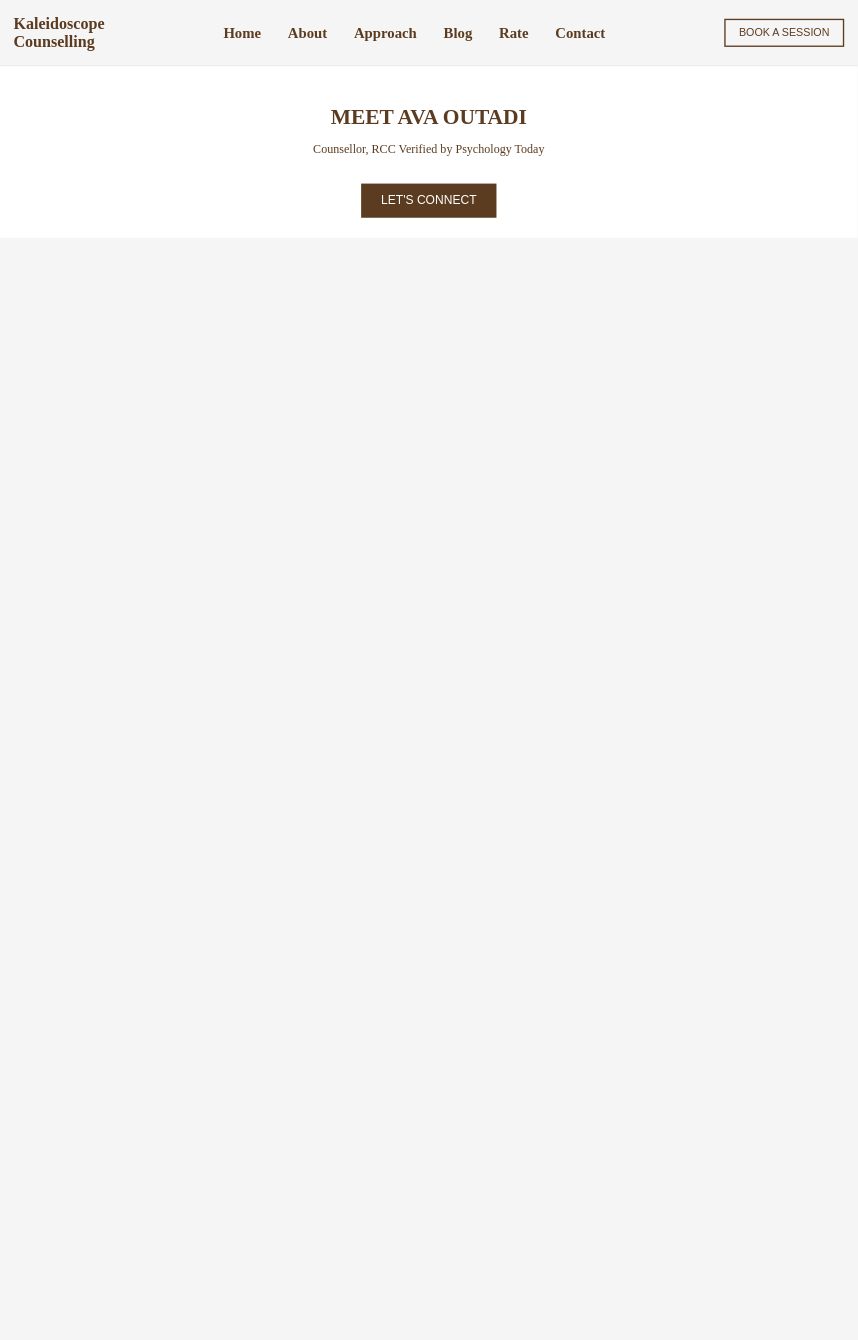
Repository: voutadi/project2
Page: index.html
The author's editor kept a copy of each file at every save. The page is drawn from the files as they stood at one save, then again after a run of saves.
The browser window is 1280 px wide. The pictures show the whole page, at 67% of full size.

Above is the page before, as saved 2024-10-03 15:27:35.

### index.html
<!DOCTYPE html>
<html lang="en">
  <head>
    <meta charset="UTF-8" />
    <meta name="viewport" content="width=device-width, initial-scale=1.0" />
    <title>Kaleidoscope Counselling</title>
    <link rel="stylesheet" href="styles/style.css" />
  </head>
  <body>
    <header>
      <div class="logo-container">
        <div class="logo">
          Kaleidoscope <br />
          Counselling
        </div>
      </div>
      <nav class="navbar">
        <ul>
          <li><a href="#home">Home</a></li>
          <li><a href="https://www.psychologytoday.com/ca/therapists/ava-outadi-port-moody-bc/1111563">About</a></li>
          <li><a href="#approach">Approach</a></li>
          <li><a href="#blog">Blog</a></li>
          <li><a href="#rate">Rate</a></li>
          <li><a href="#contact">Contact</a></li>
        </ul>
      </nav>
      <button class="book-session">BOOK A SESSION</button>
    </header>

    <main>
      <section class="intro">
        <h1>MEET AVA OUTADI</h1>
        <p>Counsellor, RCC Verified by Psychology Today</p>
        <button class="get-started">LET'S CONNECT</button>
      </section>
    </main>
  </body>
</html>

### styles/style.css
/* styles/style.css */

body {
    font-family: 'Arial, sans-serif';
    color: #5c3c20;
    background-color: #f5f5f5;
    margin: 0;
    padding: 0;
    height: 2000px;
}

header {
    display: flex;
    justify-content: space-between;
    align-items: center;
    padding: 20px;
    background-color: #f5f5f5;
    border-bottom: 1px solid #ddd;
}

.logo-container .logo {
    font-size: 24px;
    font-weight: bold;
}

.navbar ul {
    list-style: none;
    display: flex;
    gap: 40px;
    margin-left: 40px;
    margin-right: 40px;
    padding: 0;
}

.navbar a {
    text-decoration: none;
    color: #5c3c20;
    font-weight: bold;
    font-size: 22PX;
}

.book-session {
    background-color: transparent;
    border: 2px solid #5c3c20;
    color: #5c3c20;
    padding: 10px 20px;
    font-size: 16px;
    cursor: pointer;
    margin-right: px;
}

main .intro {
    text-align: center;
    padding: 30px 20px;
    background-color: #fff;
    color: #5c3c20;
}

.intro h1 {
    font-size: 32px;
    margin-bottom: 20px;
}

.intro p {
    font-size: 18px;
    margin-bottom: 40px;
}

.intro .get-started {
    background-color: #5c3c20;
    color: #fff;
    border: none;
    padding: 15px 30px;
    font-size: 18px;
    cursor: pointer;
}

/* Add to styles/style.css */

/* Mobile styles */
@media (max-width: 800px) {
    header {
        flex-direction: column;
        align-items: flex-start;
    }

    .navbar ul {
        flex-direction: column;
        gap: 10px;
    }
    .navbar a{
        font-size: 16px;
    }

    .book-session {
        margin-top: 10px;
    }

    .intro h1 {
        font-size: 24px;
    }

    .intro p {
        font-size: 16px;
    }

    .intro .get-started {
        padding: 10px 20px;
        font-size: 16px;
    }


}

After the next 3 saves:
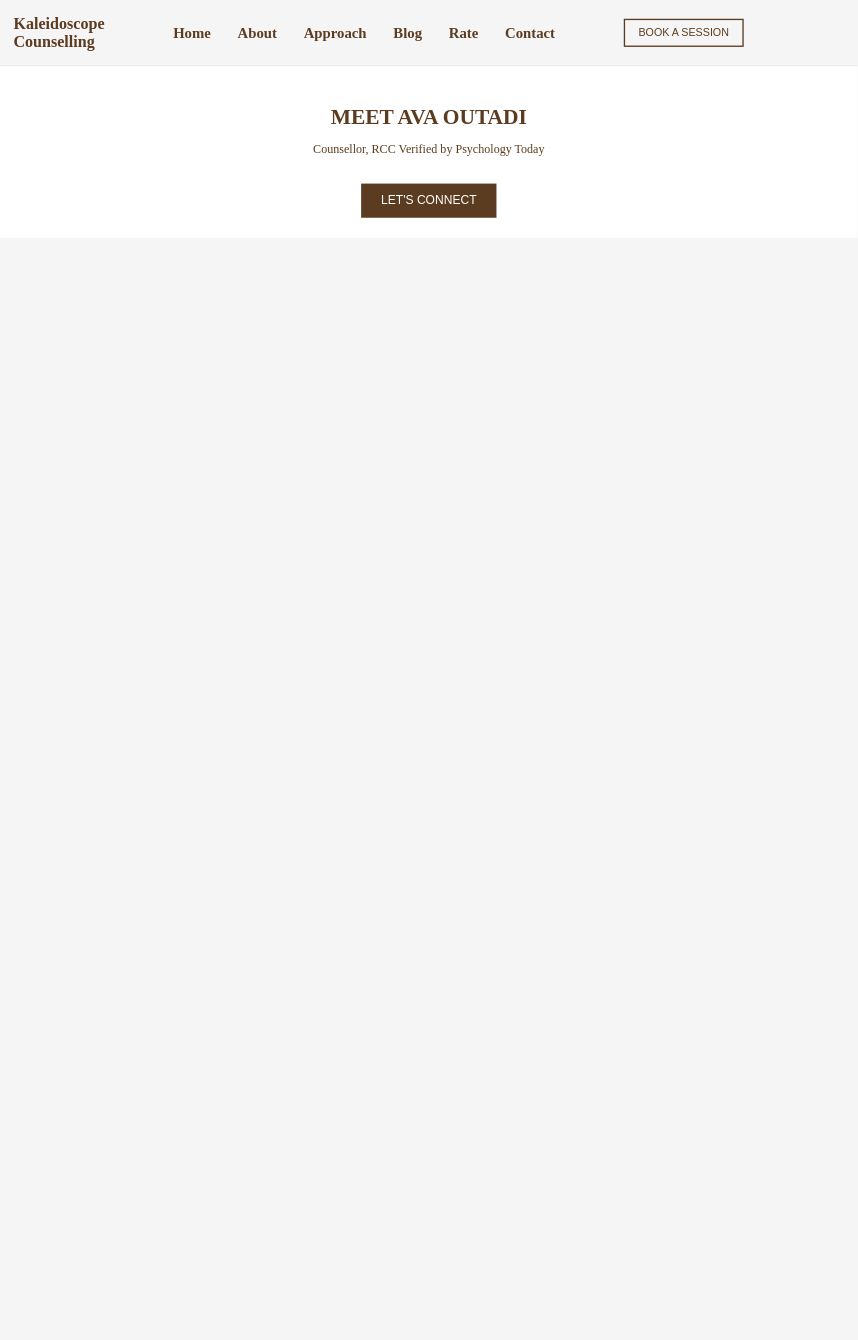
The 3 saves are shown as one change because they came seconds apart.
The last was saved 8 s later.
--- a/styles/style.css
+++ b/styles/style.css
@@ -46,7 +46,7 @@
     padding: 10px 20px;
     font-size: 16px;
     cursor: pointer;
-    margin-right: px;
+    margin-right: 150px;
 }
 
 main .intro {
